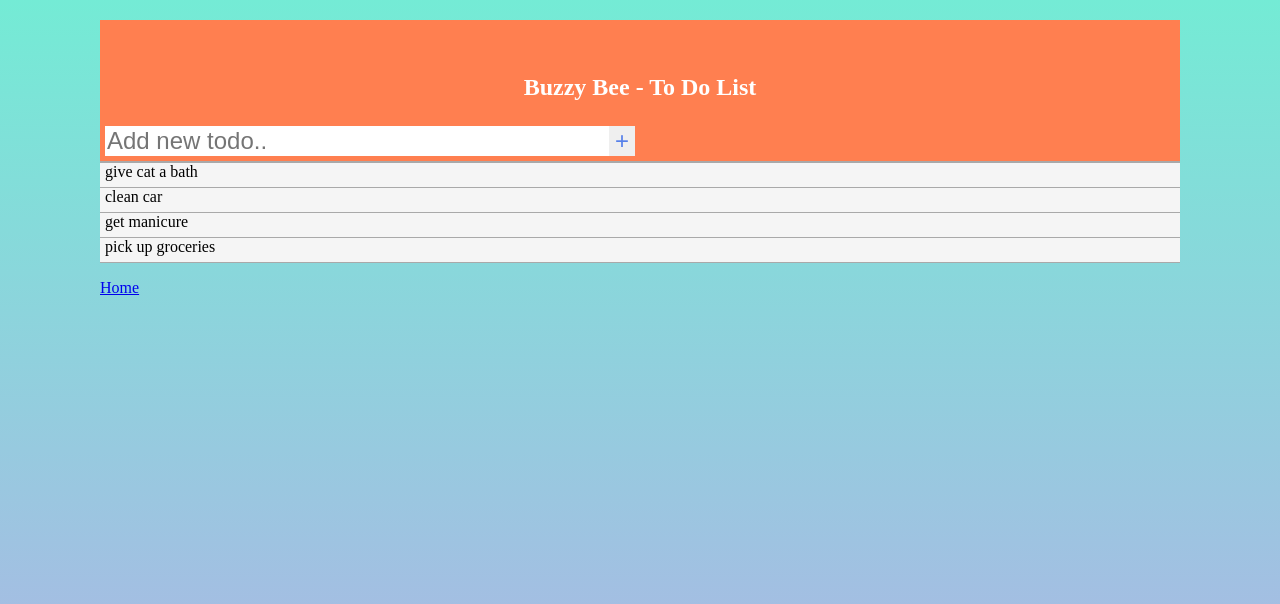
Repository: seleniadelgado/backend-spring2020-angie
Page: projects/todo/public_html/index.html
An editor plug-in stored every save of this project. The page is shown before and after a run of saves, followed by the edit.
The browser window is 1280 px wide. The pictures show the whole page.
The page's requests for data from a server got no answer.

Above is the page before, as saved 2020-05-12 20:57:18.

After the next 2 saves:
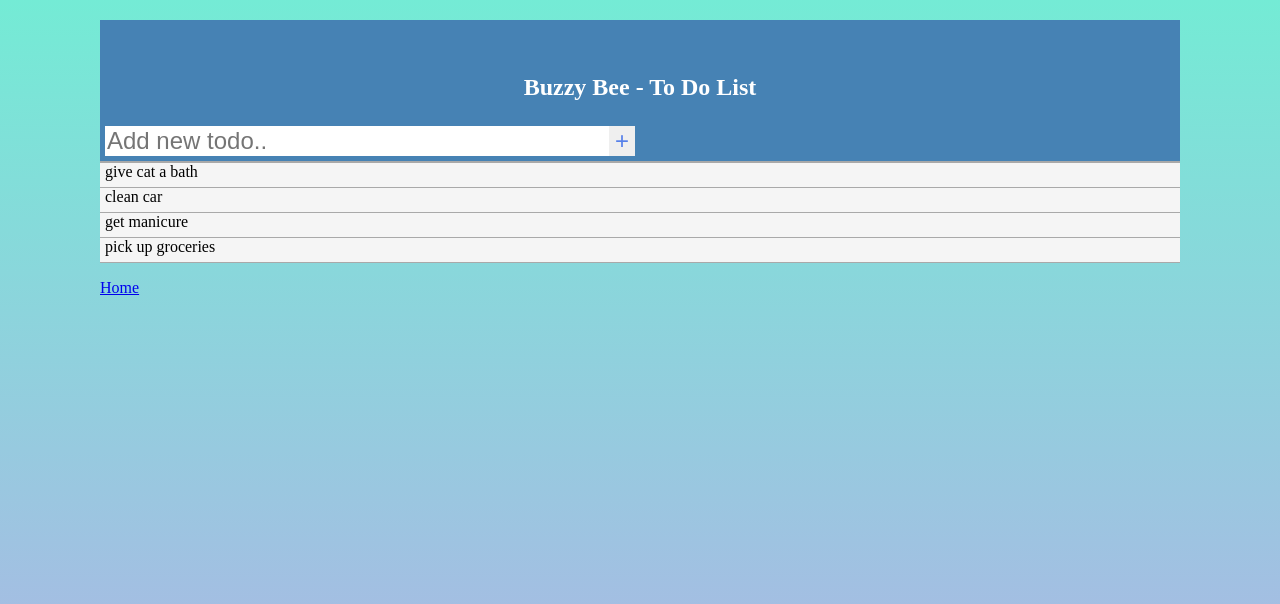
The 2 saves are shown as one change because they came seconds apart.
The last was saved 21 s later.
--- a/projects/todo/public_html/styles.css
+++ b/projects/todo/public_html/styles.css
@@ -10,7 +10,7 @@ body {
 }
 
 .sectionTitle {
-    background-color: coral;
+    background-color: steelblue;
     text-align: center;
     border-bottom: 2px solid darkgray;
     margin-top: 0%;
